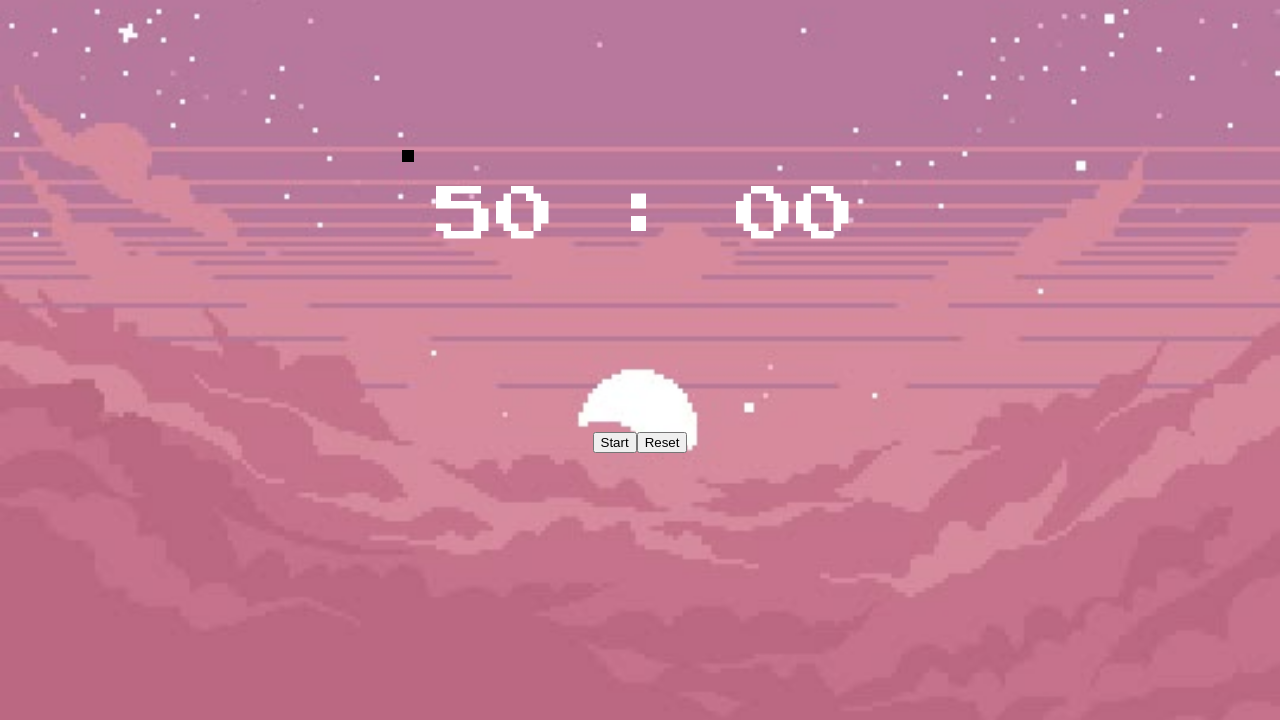
Repository: niharikapatil2306/Study-Timer
Page: index.html
These files come from the project's save history. The page is drawn as it stood at one moment and after the next save; the edit follows.
The browser window is 1280 px wide. The pictures show the whole page.

Above is the page before, as saved 2025-02-15 19:26:31.

### index.html
<!DOCTYPE html>
<html lang="en">
<head>
    <meta charset="UTF-8">
    <meta name="viewport" content="width=device-width, initial-scale=1.0">
    <title>Study Timer</title>
    <link href="https://fonts.googleapis.com/css2?family=Press+Start+2P&display=swap" rel="stylesheet">
    <link rel="stylesheet" href="style.css" />
</head>
<body style="background-color: black;">
    <div class="container">

        <div class="timer">
            <div class="pixel">
                <div class="square1"></div>
                <div class="square2"></div>
                <div class="square3"></div>
                <div class="square4"></div>
            </div>
            <div class="box">
                <span id="min">
                    50
                </span>
                :
                <span id="sec">
                    00
                </span>
            </div>
        </div>
        <div class="button_container">
            <button id="start">
                Start
            </button>
            <button id="reset">
                Reset
            </button>
        </div>
    </div>
    <script src="./clock.js"></script>
</body>
</html>

### style.css
body {
    margin: 0;
    padding: 0;
    background: url("./img/bg.jpeg") no-repeat center center fixed;
    background-size: cover;
}

.container{
    height: 100vh;
}

.box{
    border: 12px left solid #FDFBFC;
    padding: 24px;
}

.square1{
    position: relative;
    height: 12px;
    width: 12px;
    color: transparent;
    left: 2px;
    top: -60px;
    background-color: black;
}

.timer{
    font-family: 'Press Start 2P', monospace;
    height: 60vh;
    font-size: 60px;
    font-weight: 400;
    color: white;
    display: flex;
    align-items: center;
    justify-content: center;
}

.button_container{
    display: flex;
    align-items: center;
    justify-content: center;
}

/* .timer {

    font-size: 50px;
    color: ivory;
    text-rendering: optimizeSpeed;
}

.box{
    width: max-content ;
    border: 1px solid white;
}

span{
    padding: 4px;
    margin: 8px;
}

.container{
    text-align: center;
    width: 100vw;
    height: 100vh;
    display: flex;
    position: relative; */
    /* flex-direction: column;
    justify-content: center;

} */

### clock.js
let timer;
let timeLeft = 50*60 // 50 minutes
const min = document.getElementById("min");
const sec = document.getElementById("sec");
const startBtn = document.getElementById("start");
const resetBtn = document.getElementById("reset");

function updateDisplay(){
    let minutes = Math.floor(timeLeft/60);
    let seconds = timeLeft%60;
    min.textContent = minutes.toString().padStart(2, "0");
    sec.textContent = seconds.toString().padStart(2, "0");
}

startBtn.addEventListener("click", () => {
    if(!timer){
        timer = setInterval(() => {
            if(timeLeft>0){
                timeLeft--;
                updateDisplay();
            }
            else{
                clearInterval(timer);
                timer = null;
                alert("Take a break!!")
            }
        }, 1000);
    }
});

resetBtn.addEventListener("click", () => {
    clearInterval(timer);
    timer = null;
    timeLeft = 50*60;
    updateDisplay();
});

After the next save:
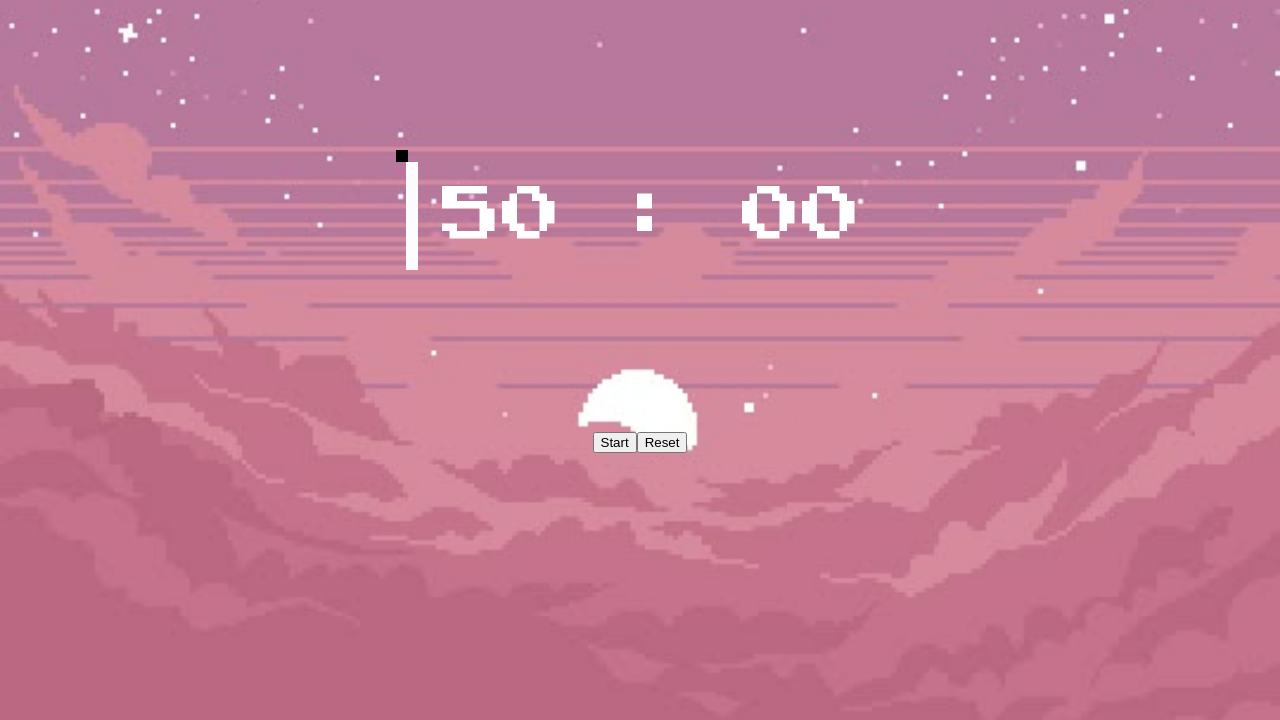
Saved 14 s later.
--- a/style.css
+++ b/style.css
@@ -10,7 +10,7 @@ body {
 }
 
 .box{
-    border: 12px left solid #FDFBFC;
+    border-left: 12px solid #FDFBFC;
     padding: 24px;
 }
 
